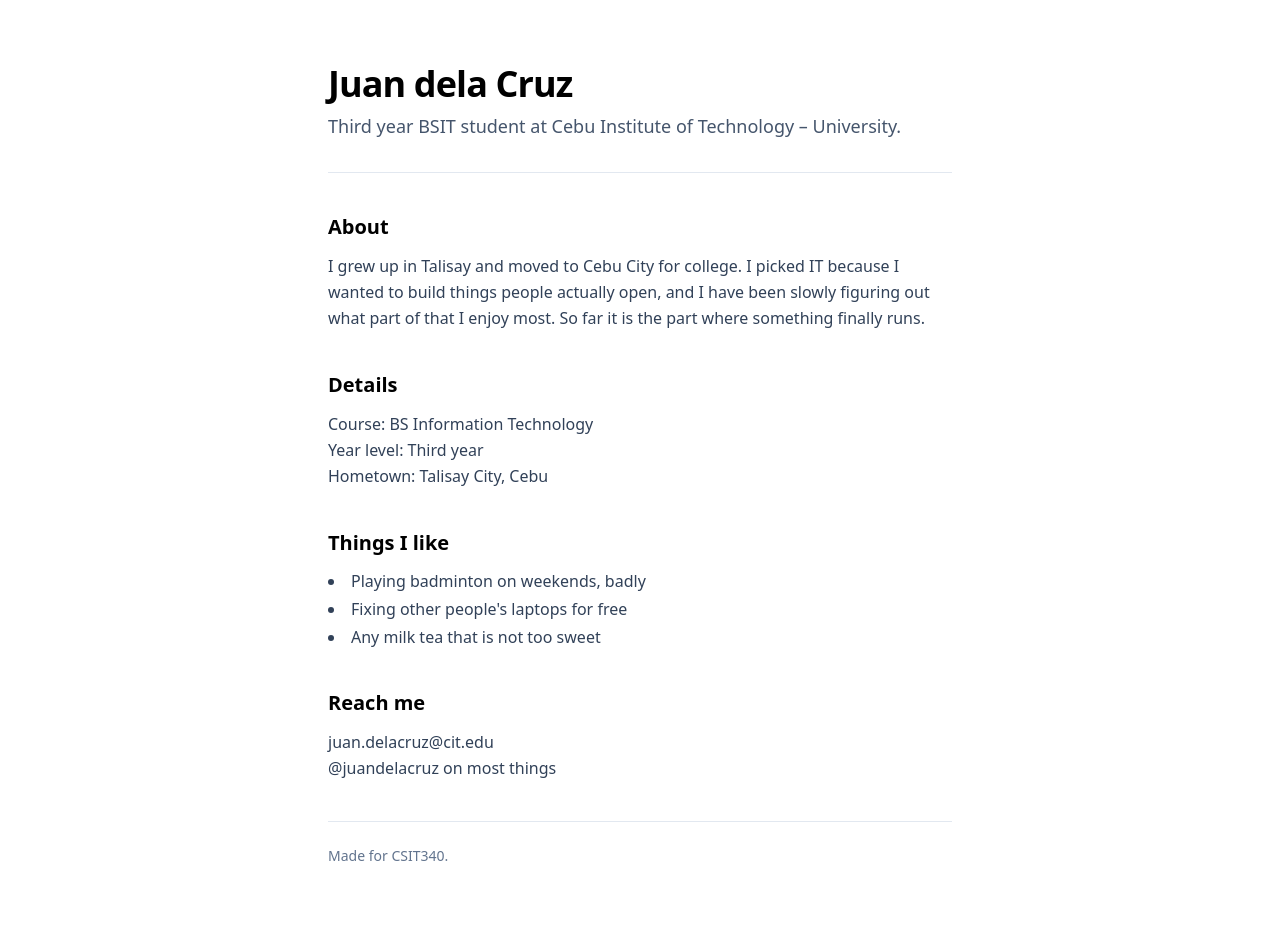
Repository: nicole-galan/CSIT340-Lab1-Galan
Page: /
An editor plug-in stored every save of this project. The page is shown before and after the next save, followed by the edit.
The browser window is 1280 px wide. The pictures show the whole page.
The project was rebuilt for these pictures with package versions that can differ from the ones it lists, and the page was loaded fresh each time. Also part of the build but not shown: vite.config.js.

Above is the page before, as saved 2026-09-04 16:32:37.

After the next save:
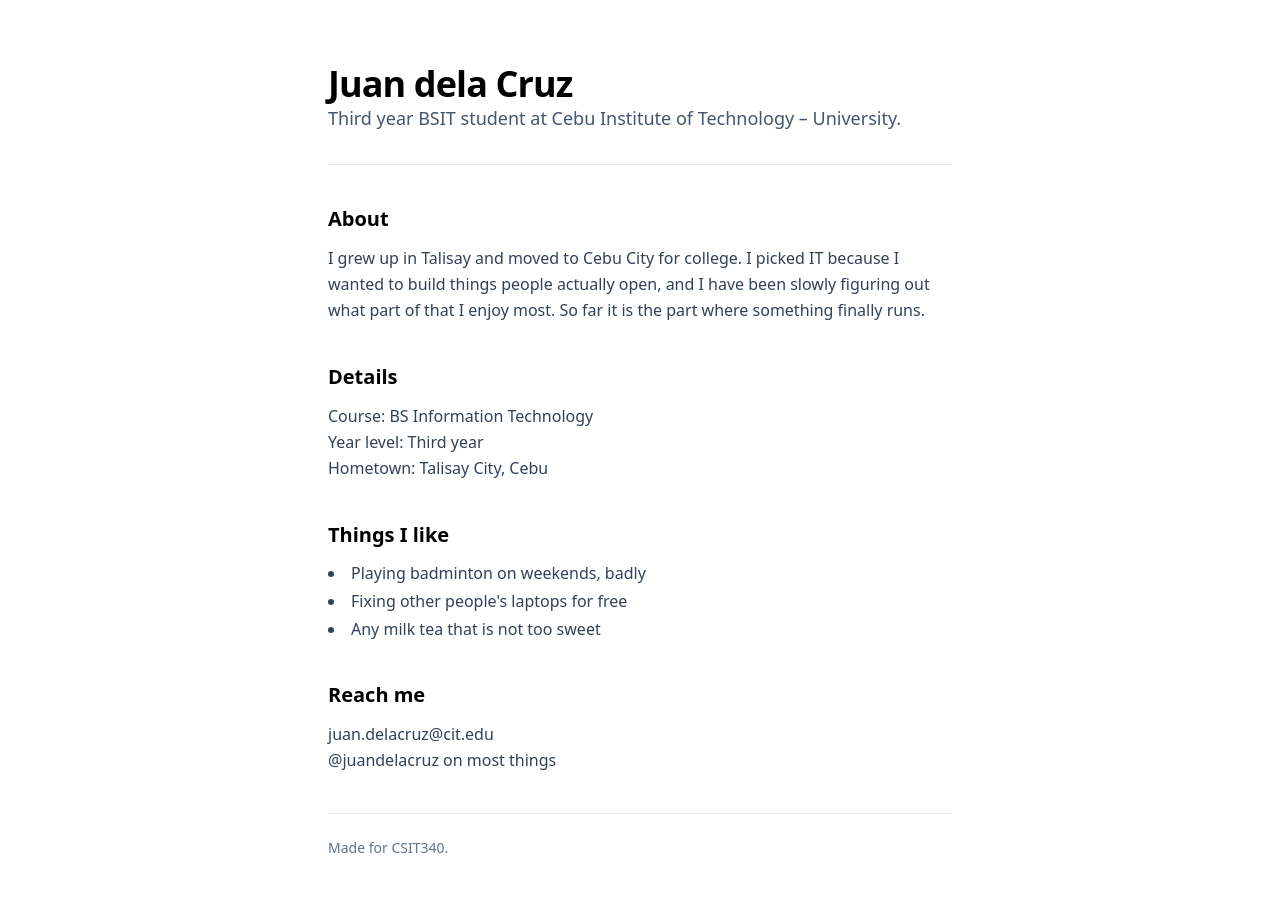
Saved 38 s later.
--- a/src/App.jsx
+++ b/src/App.jsx
@@ -3,7 +3,7 @@
     <>
       <header className="mx-auto px-6 pt-16 max-w-2xl">
         <h1 className="text-4xl font-semibold tracking-tight">Juan dela Cruz</h1>
-        <p className="mt-2 text-lg text-slate-600">
+        <p className="text-lg text-slate-600">
           Third year BSIT student at Cebu Institute of Technology – University.
         </p>
         <hr className="mt-8 border-slate-200" />

After the save that followed:
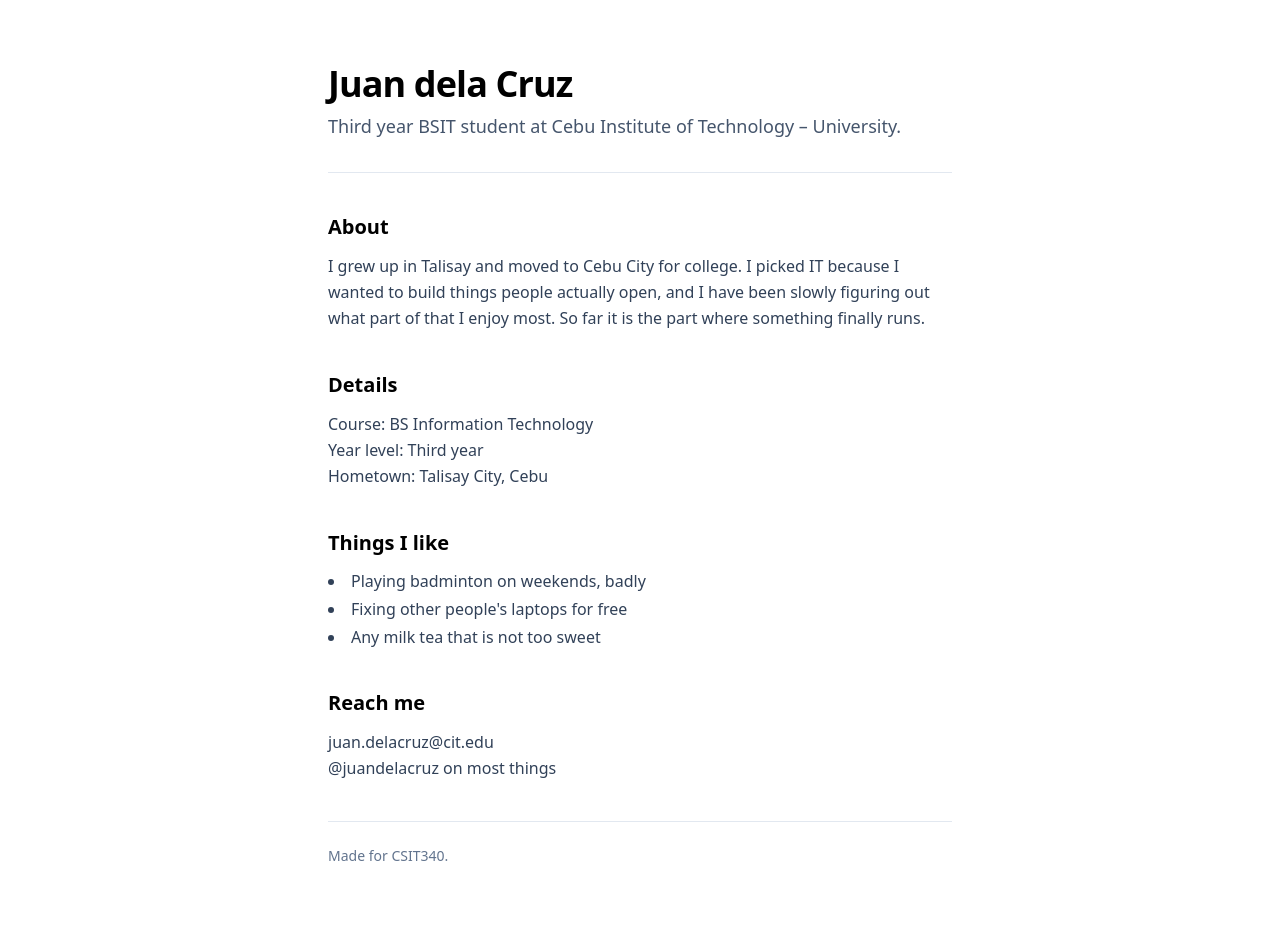
Saved 12 s later.
--- a/src/App.jsx
+++ b/src/App.jsx
@@ -2,7 +2,7 @@
   return (
     <>
       <header className="mx-auto px-6 pt-16 max-w-2xl">
-        <h1 className="text-4xl font-semibold tracking-tight">Juan dela Cruz</h1>
+        <h1 className="text-4xl font-semibold tracking-tight mb-2">Juan dela Cruz</h1>
         <p className="text-lg text-slate-600">
           Third year BSIT student at Cebu Institute of Technology – University.
         </p>
